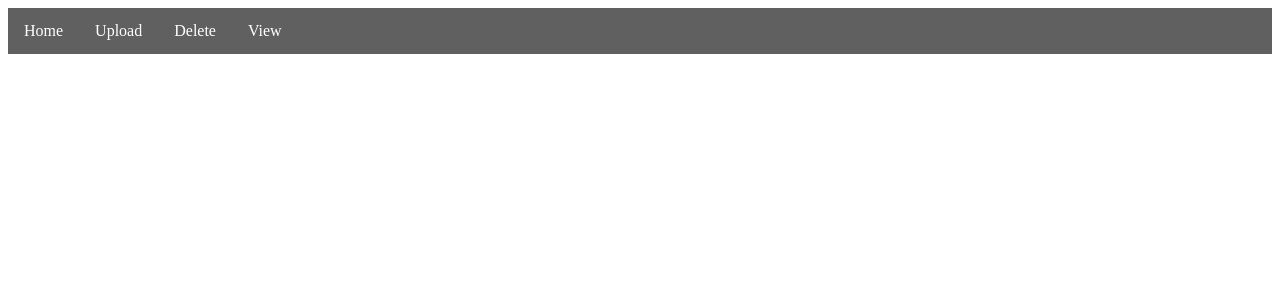
Repository: dmiropol/FitnessMemberTracker
Page: http://localhost/member
The author's editor kept a copy of each file at every save. The page is drawn from the files as they stood at one save, then again after the next save.
The browser window is 1280 px wide. The pictures show the whole page.
The page is served by the project's Node server (app.js).

Above is the page before, as saved 2018-11-15 12:37:19.

### views/member.ejs
<!DOCTYPE html>
<html>
  <head>
    <title>Load data file</title>
    <link rel='stylesheet' href='/stylesheets/style.css' />
  </head>
  <body>
  	<div id="container" style="width:100%;">
		<%- include('nav'); %>
	</div>
</html>

### views/nav.ejs

    <nav>
	<ul>
	  <li><a href="/">Home</a></li>

	  <li class="dropdown">
	    <a href="javascript:void(0)" class="dropbtn">Upload</a>
	    <div class="dropdown-content">
	      <a href="/upload/records">Records</a>
	    </div>
	  </li>

	  <li class="dropdown">
	    <a href="javascript:void(0)" class="dropbtn">Delete</a>
	    <div class="dropdown-content">
					<a href="/delete/records">Records</a>
	    </div>
	  </li>

	  <li class="dropdown">
	    <a href="javascript:void(0)" class="dropbtn">View</a>
	    <div class="dropdown-content">
	      <a href="/view/reports">Reports</a>
	    </div>
	  </li>
	    </div>
	  </li>
	</ul>
	</nav>

### app.js

/**
 * Module dependencies.
 */

var express = require('express')
  , http = require('http')
  , path = require('path')
  , bodyParser = require('body-parser')
  , storage = require('./storage')
  , fs = require('fs');

var app = express();

// all environments
app.set('port', process.env.PORT || 8080);
app.set('views', __dirname + '/views');
app.set('view engine', 'ejs');
app.use(express.static(path.join(__dirname, 'public')));
app.use(bodyParser.json());
app.use(bodyParser.urlencoded({ extended: true }));

function index(req, res){
	res.render('index', {title: 'Fitness Tracker for Health Club'});
}

function member(req, res){
	res.render('member', {title: 'Member area'});
}

function club(req, res){
	res.render('club', {title: 'Health Club'});
}


async function listRecords(req, res){
	var files = await storage.listFiles();
	var recordsList = [];
	for (var i in files) {
		var record = {};
		record.name = files[i].metadata.name;
		record.bucket = files[i].metadata.bucket;
		record.size = files[i].metadata.size;
		recordsList.push(record);
	};
	res.render('listRecords', {records: recordsList});
}

async function uploadRecords(req, res){
	var fileName = req.params.record + '.json';
	var jsonObj = JSON.parse(req.body.JSONbody);
	var lines = '';

	for (var i in jsonObj){
		lines += JSON.stringify(jsonObj[i]) + '\n';
	}
	console.log('Got ' + req.method + ' request to store ' + fileName +
				' content into ' + lines.length + ' lines');
	fs.writeFile(fileName, lines, 'utf8', function (err) {
	    if (err)  return console.log(err);
	    console.log(fileName + ' locally added and will be uploaded to storage.')
	});
	await storage.uploadFile(fileName);
	fs.unlink(fileName, function (err) {
	    if (err)  return console.log(err);
	    console.log(fileName + ' locally deleted.')
	});
	res.render('recorduploaded', {gcsfile: storage.getPrivateUrl(fileName)});
}

async function deleteRecords(req, res){
	var files = await storage.listFiles();
	var recordsList = [];
	for (var i in files) {
		var record = {};
		record.name = files[i].metadata.name;
		record.bucket = files[i].metadata.bucket;
		record.size = files[i].metadata.size;
		recordsList.push(record);
	};
	res.render('recorddeleted', {records: recordsList});
}

async function deleteFile(req, res, next){
	await storage.deleteFile(req.params.fileName);
	next();
}

app.get('/', index);
app.get('/member', member);
app.get('/club', club);
app.get('/list/records', listRecords);
app.post('/upload/records', uploadRecords);
app.get('/delete/records', deleteRecords);
app.get('/delete/:fileName', deleteFile, listRecords);


http.createServer(app).listen(app.get('port'), function(){
  console.log('Express server listening on port ' + app.get('port'));
});

### storage.js
/**
 * Copyright 2017, Google, Inc.
 * Licensed under the Apache License, Version 2.0 (the "License");
 * you may not use this file except in compliance with the License.
 * You may obtain a copy of the License at
 *
 *    http://www.apache.org/licenses/LICENSE-2.0
 *
 * Unless required by applicable law or agreed to in writing, software
 * distributed under the License is distributed on an "AS IS" BASIS,
 * WITHOUT WARRANTIES OR CONDITIONS OF ANY KIND, either express or implied.
 * See the License for the specific language governing permissions and
 * limitations under the License.
 */

/**
 * This application demonstrates how to perform basic operations on files with
 * the Google Cloud Storage API.
 *
 * For more information, see the README.md under /storage and the documentation
 * at https://cloud.google.com/storage/docs.
 */

'use strict';


const {Storage} = require('@google-cloud/storage');
const storage = new Storage({ projectId: 'iot2analytics-2018' });
const bucketName = 'member_fitness_tracker_storage';

async function uploadFile(filename) {
	await storage.bucket(bucketName).upload(filename, {
		contentType: 'application/json'
	});
console.log(`${filename} uploaded to ${bucketName}.`);

}

function getPrivateUrl(filename) {
	  return `https://storage.googleapis.com/${bucketName}/${filename}`;
}

async function listFiles() {
	const [files] = await storage.bucket(bucketName).getFiles();

	  console.log('Files:');
	  files.forEach(file => {
	    console.log(file.name);
	    //console.log(file.metadata);
	  });

	  return files;
	}

async function downloadFile(srcFilename, destFilename) {

  const options = {
    // The path to which the file should be downloaded, e.g. "./file.txt"
    destination: destFilename,
  };

  // Downloads the file
  await storage
    .bucket(bucketName)
    .file(srcFilename)
    .download(options);

  console.log(
    `gs://${bucketName}/${srcFilename} downloaded to ${destFilename}.`
  );
  // [END storage_download_file]
}

async function deleteFile(filename) {
  // Deletes the file from the bucket
  await storage
    .bucket(bucketName)
    .file(filename)
    .delete();

  console.log(`gs://${bucketName}/${filename} deleted.`);
  // [END storage_delete_file]
}

async function getMetadata(filename) {
  // Gets the metadata for the file
  const [metadata] = await storage
    .bucket(bucketName)
    .file(filename)
    .getMetadata();

  console.log(`File: ${metadata.name}`);
  console.log(`Bucket: ${metadata.bucket}`);
  console.log(`Storage class: ${metadata.storageClass}`);
  console.log(`Self link: ${metadata.selfLink}`);
  console.log(`ID: ${metadata.id}`);
  console.log(`Size: ${metadata.size}`);
  console.log(`Updated: ${metadata.updated}`);
  console.log(`Generation: ${metadata.generation}`);
  console.log(`Metageneration: ${metadata.metageneration}`);
  console.log(`Etag: ${metadata.etag}`);
  console.log(`Owner: ${metadata.owner}`);
  console.log(`Component count: ${metadata.component_count}`);
  console.log(`Crc32c: ${metadata.crc32c}`);
  console.log(`md5Hash: ${metadata.md5Hash}`);
  console.log(`Cache-control: ${metadata.cacheControl}`);
  console.log(`Content-type: ${metadata.contentType}`);
  console.log(`Content-disposition: ${metadata.contentDisposition}`);
  console.log(`Content-encoding: ${metadata.contentEncoding}`);
  console.log(`Content-language: ${metadata.contentLanguage}`);
  console.log(`Media link: ${metadata.mediaLink}`);
  console.log(`KMS Key Name: ${metadata.kmsKeyName}`);
  console.log(`Temporary Hold: ${metadata.temporaryHold}`);
  console.log(`Event-based hold: ${metadata.eventBasedHold}`);
  console.log(`Effective Expiration Time: ${metadata.effectiveExpirationTime}`);
  console.log(`Metadata: ${metadata.metadata}`);
  // [END storage_get_metadata]
}



module.exports = {
	uploadFile,
	getPrivateUrl,
	listFiles,
	getMetadata,
	deleteFile,
};

### public/stylesheets/style.css
ul {
    list-style-type: none;
    margin: 0;
    padding: 0;
    overflow: hidden;
    background-color: #606060;
}

li {
    float: left;
}

li a, .dropbtn {
    display: inline-block;
    color: white;
    text-align: center;
    padding: 14px 16px;
    text-decoration: none;
}

li a:hover, .dropdown:hover .dropbtn {
    background-color: #005392;
}

li.dropdown {
    display: inline-block;
}

.dropdown-content {
    display: none;
    position: absolute;
    background-color: #f9f9f9;
    min-width: 160px;
    box-shadow: 0px 8px 16px 0px rgba(0,0,0,0.2);
    z-index: 1;
}

.dropdown-content a {
    color: black;
    padding: 12px 16px;
    text-decoration: none;
    display: block;
    text-align: left;
}

.dropdown-content a:hover {background-color: #f1f1f1}

.dropdown:hover .dropdown-content {
    display: block;
}

.footer {
    position: fixed;
    left: 8px;
    bottom: 8px;
    width: 99%;
    background-color: #606060;
    color: white;
    text-align: left;
}

.footer p{
    text-decoration: underline;
    left: 10px;
}

textarea {
    border: 1 grey;
    overflow: hidden;
    padding: 0;
    outline: none;
    overflow-y:scroll;
    overflow-x:scroll;
    font-family:"Courier";
    font-size: 12px;
}

input {
	font-size: 14px;
    padding: 2px;
/*   float: left; */
}

.button {
    background-color: #555555;
    border: none;
    color: white;
    padding: 15px 32px;
    text-align: center;
    text-decoration: none;
    display: inline-block;
    font-size: 16px;
}

.listKeys {
	padding-left: 2em;
}

select  {
	font-size: 14px;
}

After the next save:
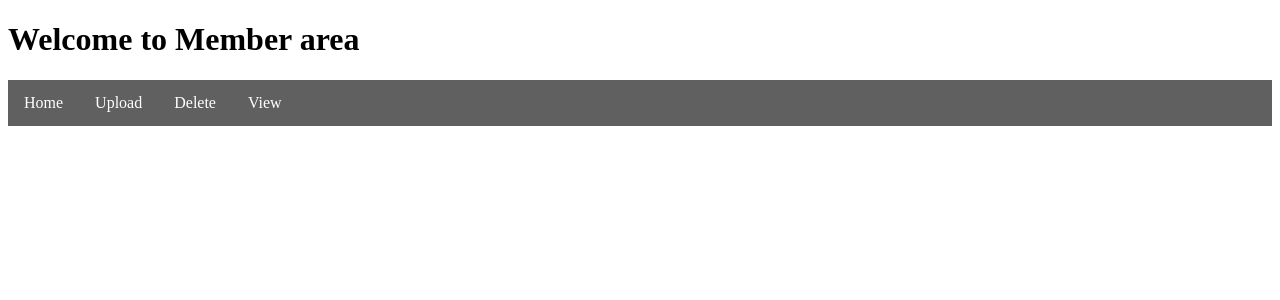
Saved 28 s later.
--- a/views/member.ejs
+++ b/views/member.ejs
@@ -1,11 +1,12 @@
 <!DOCTYPE html>
 <html>
   <head>
-    <title>Load data file</title>
+    <title><%= title %></title>
     <link rel='stylesheet' href='/stylesheets/style.css' />
   </head>
   <body>
   	<div id="container" style="width:100%;">
+	    <h1>Welcome to <%= title %></h1>
 		<%- include('nav'); %>
 	</div>
 </html>
